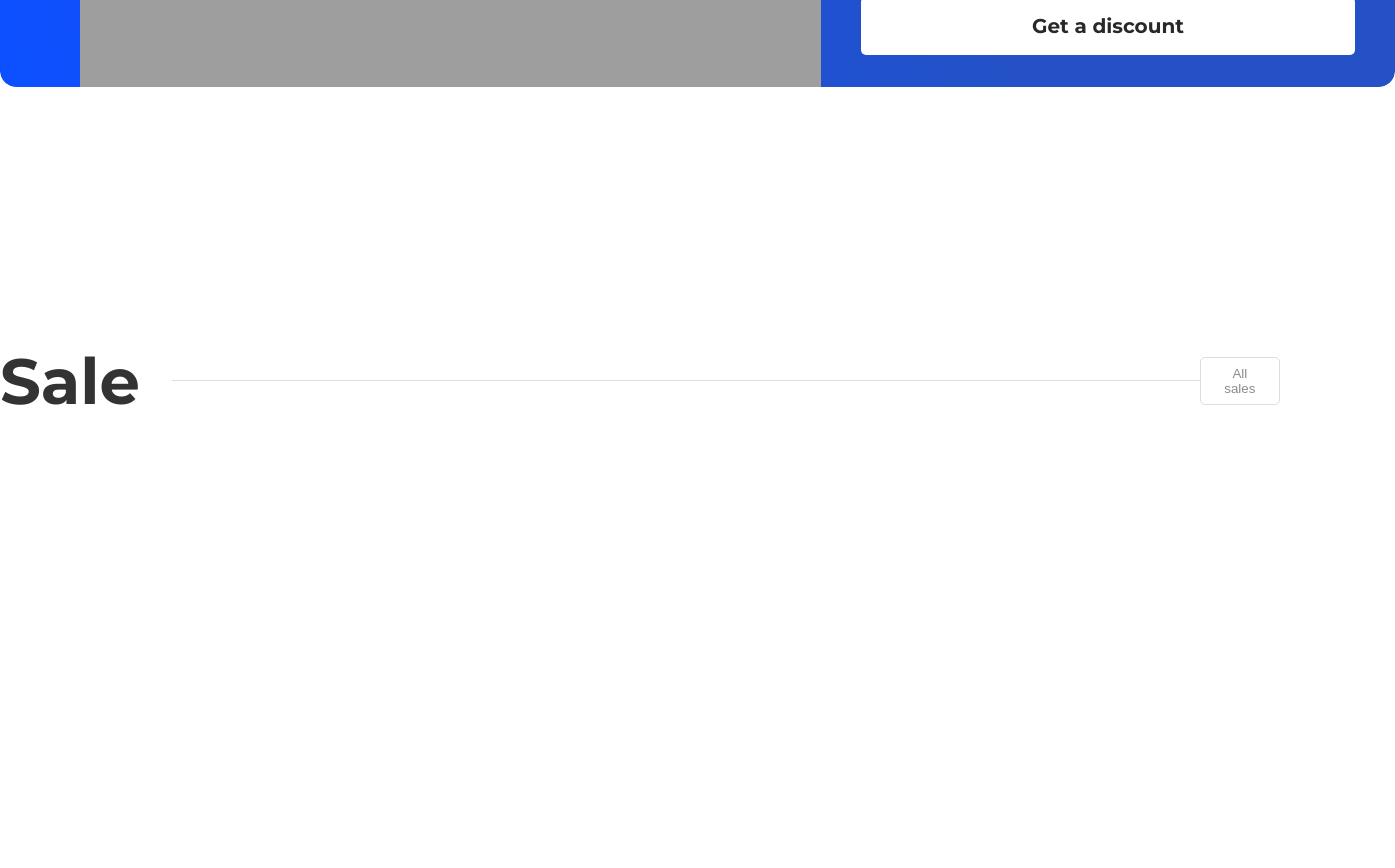
Repository: jursylian/PET-INTERNET-SHOP-PROJECT
Page: /
The author's editor kept a copy of each file at every save. The page is drawn from the files as they stood at one save, then again after the next save.
The browser window is 1280 px wide. The page is 1395 px wide, so the pictures cover 1395 px, including what lies to the right of the window. The pictures show the part of the page from y = 2199 to 3067 px (the page is 4076 px tall before and 3530 px after).
Pictures or frames that could not be fetched are drawn as grey boxes. The page's requests for data from a server got no answer. The project was rebuilt for these pictures with package versions that can differ from the ones it lists, and the page was loaded fresh each time. No one was signed in, and anything a server would have sent is missing. Also part of the build but not shown: vite.config.js, src/pages/CategoriesAll/CategoriesAll.module.css, src/layouts/PageSection/PageSection.module.css, src/layouts/PageSection/PageSection.jsx, src/pages/CategoriesAll/CategoriesAll.jsx, src/redux/productsSelectors.js, src/components/ProductFilter/ProductFilter.module.css, src/components/ProductFilter/ProductFilter.jsx and 22 more.

Above is the page before, as saved 2025-11-06 18:48:12.

After the next save:
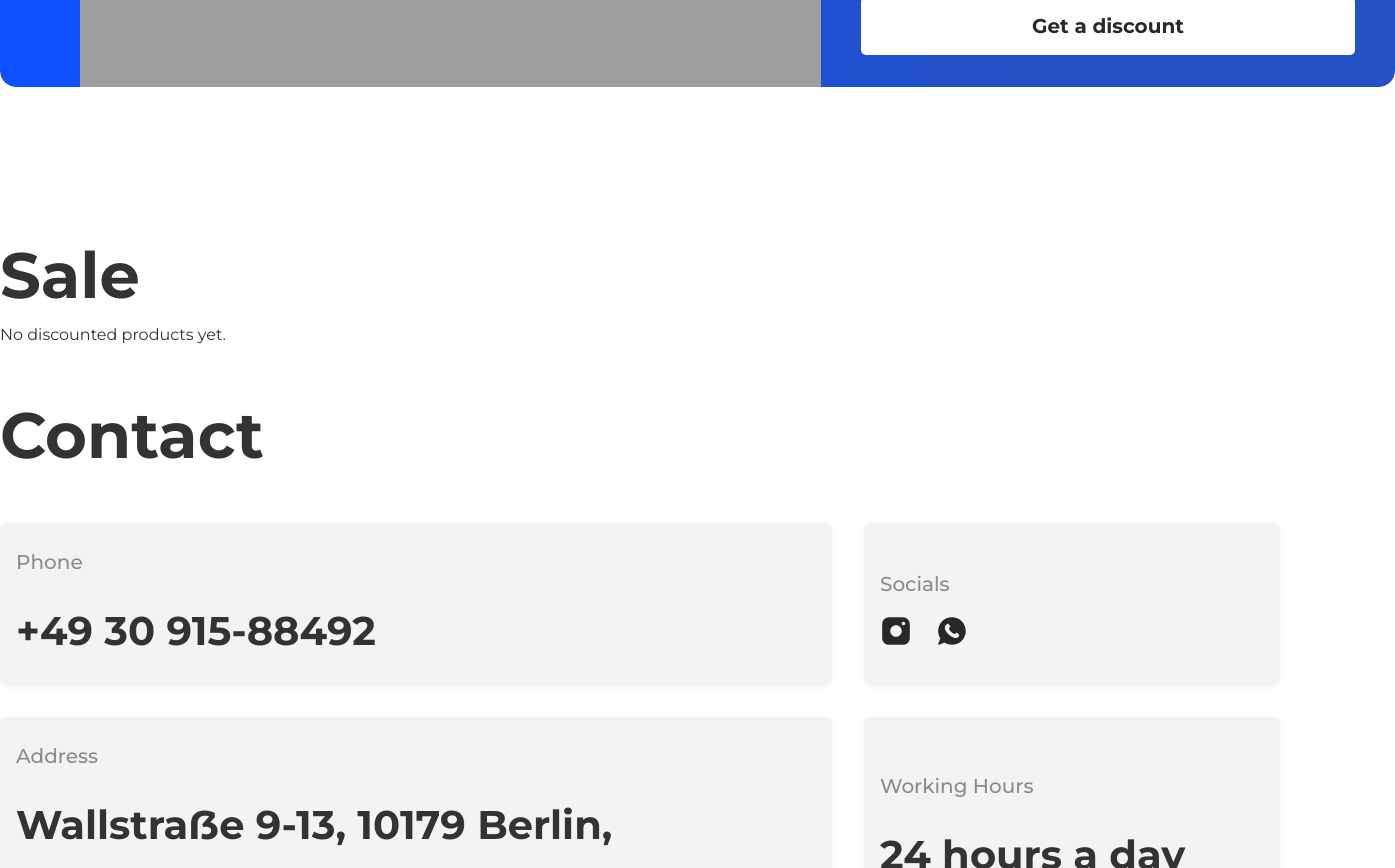
Saved 1 s later.
--- a/src/components/Sales/Sales.jsx
+++ b/src/components/Sales/Sales.jsx
@@ -1,9 +1,9 @@
 import { useEffect, useState } from "react";
 import axios from "axios";
-import styles from "./Sales.module.css";
 import { Link, useNavigate } from "react-router-dom";
+import styles from "./SaleSection.module.css";
 
-const Sales = () => {
+const SaleSection = () => {
   const [saleProducts, setSaleProducts] = useState([]);
   const navigate = useNavigate();
 
@@ -11,51 +11,51 @@ const Sales = () => {
     axios
       .get("http://localhost:3333/products/all")
       .then((res) => {
-        const discounted = res.data;
-        const withDiscount = discounted.filter((product) => {
-          return (
-            product.price &&
-            product.discont_price &&
-            product.discont_price < product.price
-          );
-        });
-
-        const selected = withDiscount.slice(0, 4);
-        setSaleProducts(selected);
+        const discounted = res.data.filter(
+          (p) => p.price && p.discont_price && p.discont_price < p.price
+        );
+        setSaleProducts(discounted.slice(0, 4));
       })
       .catch((err) => console.error("Error loading products:", err));
   }, []);
+
+  if (saleProducts.length === 0) {
+    return (
+      <section className={styles.section}>
+        <h2 className={styles.sectionTitle}>Sale</h2>
+        <p className={styles.empty}>No discounted products yet.</p>
+      </section>
+    );
+  }
+
   return (
-    <section className={styles.saleSection}>
-      <div className={styles.titleCategories}>
+    <section className={styles.section}>
+      <div className={styles.header}>
         <h2 className={styles.sectionTitle}>Sale</h2>
         <div className={styles.line}></div>
         <button
           onClick={() => navigate("/discounts")}
-          className={styles.categoriBottom}
+          className={styles.showAllButton}
         >
-          {" "}
-          All sales{" "}
+          All sales
         </button>
       </div>
-      <div className={styles.saleFlex}>
-        {saleProducts.map((product) => {
-          const { id, title, image, price, discont_price } = product;
-          const discountPercent =
-            price && discont_price
-              ? Math.round((1 - discont_price / price) * 100)
-              : null;
+
+      <div className={styles.cardsGrid}>
+        {saleProducts.map(({ id, title, image, price, discont_price }) => {
+          const discountPercent = Math.round((1 - discont_price / price) * 100);
 
           return (
             <div
-              onClick={() => navigate(`/products/${id}`)}
               key={id}
               className={styles.card}
+              role="button"
+              tabIndex={0}
+              onClick={() => navigate(`/products/${id}`)}
             >
-              {discountPercent && (
-                <div className={styles.discountBadge}>-{discountPercent}%</div>
-              )}
-              <Link to="/discounts">
+              <div className={styles.discountBadge}>-{discountPercent}%</div>
+
+              <Link to={`/products/${id}`} className={styles.imageLink}>
                 <img
                   src={
                     image ? `http://localhost:3333${image}` : "/fallback.jpg"
@@ -73,9 +73,9 @@ const Sales = () => {
 
               <div className={styles.cardInfo}>
                 <p className={styles.cardTitle}>{title}</p>
-                <div className={styles.price}>
-                  <p className={styles.cardPrice}>${discont_price}</p>
-                  <div className={styles.oldPrice}>${price}</div>
+                <div className={styles.priceRow}>
+                  <p className={styles.newPrice}>${discont_price}</p>
+                  <span className={styles.oldPrice}>${price}</span>
                 </div>
               </div>
             </div>
@@ -86,4 +86,4 @@ const Sales = () => {
   );
 };
 
-export default Sales;
+export default SaleSection;
